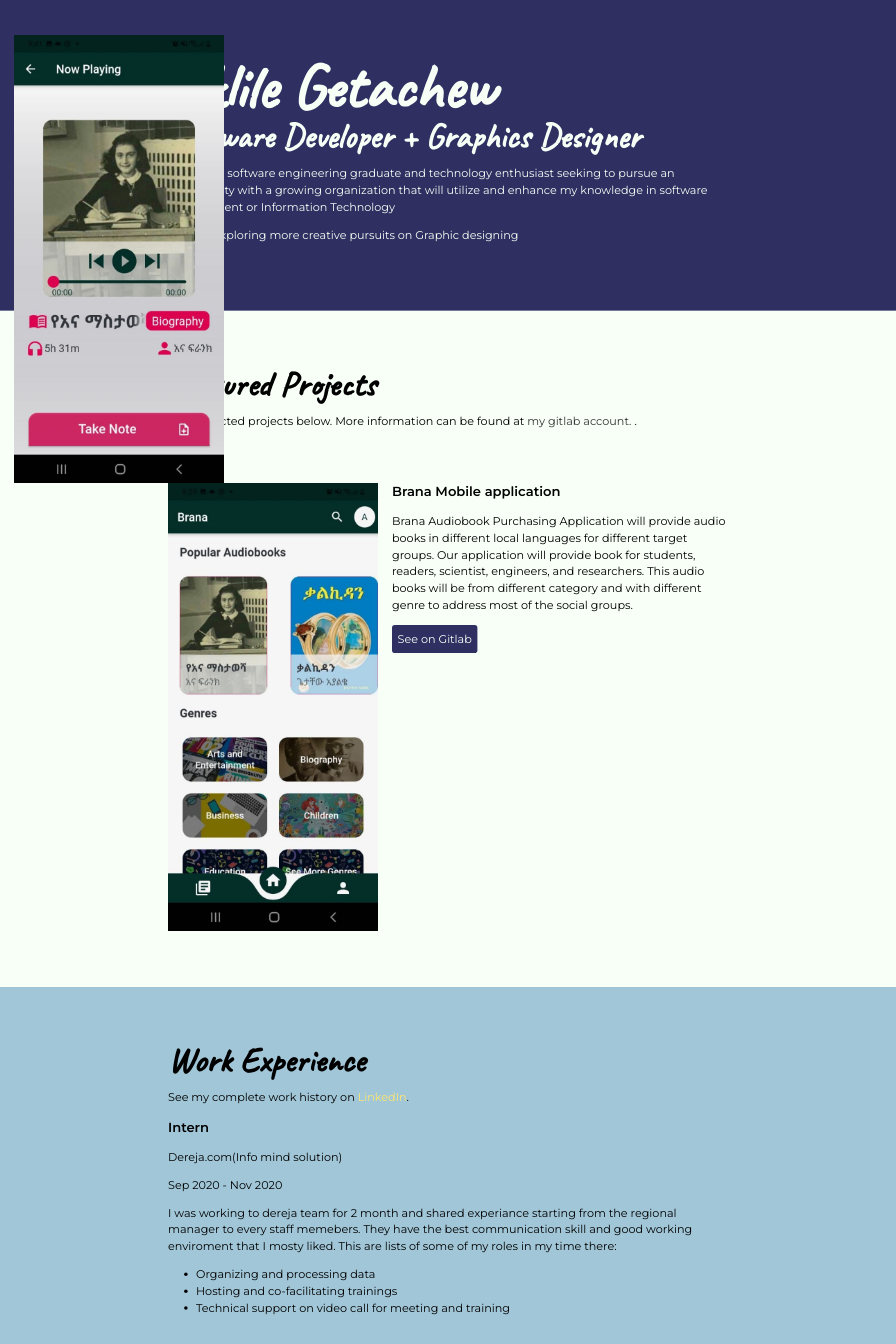
Repository: Aklilegetachew/my-Portfolio
Page: index.html
An editor plug-in stored every save of this project. The page is shown before and after the next save, followed by the edit.
The browser window is 1280 px wide. The pictures show the part of the page from y = 0 to 1920 px (the page is 3389 px tall), at 70% of full size.

Above is the page before, as saved 2021-11-23 19:56:34.

### index.html
<!DOCTYPE html>
<html lang="en">
  <head>
    <meta charset="UTF-8">
    <meta name="viewport" content="width=device-width, initial-scale=1.0">
    <title>Aklile Getachew, Software Engineer</title>
     <link href="https://fonts.googleapis.com/css?family=Caveat|Montserrat:400,600&display=swap" rel="stylesheet">
    <link rel="stylesheet" href="css/styles.css">
  </head>
  <body>
    <main>
      <!-- ***********************  ABOUT / PROFILE  *********************** -->
      <header>
        <div class="content-wrap">
          <h1>Aklile Getachew</h1>
          <h2>Software Developer + Graphics Designer</h2>

          <p>Motivated software engineering graduate and technology enthusiast seeking
            to pursue an opportunity with a growing organization that will utilize and
            enhance my knowledge in software development or Information Technology</p>
          <p>I’m also exploring more creative pursuits on Graphic designing </p>
        </div>
      </header>

      <!-- ********************  PROJECTS / PORTFOLIO  ********************* -->
      <section class="projects">
        <div class="content-wrap divider">
          <h2>Featured Projects</h2>
          <p>View selected projects below. More information can be found at <a href="http://christinatruong.com">my gitlab account. </a>.</p>

          <!-- Project 1 -->
          <section class="project-item">
            <div class="image-stack">
              <img src="images/brana-home.jpg" alt="brana-home-page"></div>
              <div class="image-stack-front"><img src="images/brana-play.jpg" alt="brana-play-page">
            </div>
            <h3>Brana Mobile application</h3>
            <p>Brana Audiobook Purchasing Application will provide audio books in different local languages
              for different target groups. Our application will provide book for students, readers, scientist,
              engineers, and researchers. This audio books will be from different category and with different
              genre to address most of the social groups.</p>
            <a class="btn" href="https://gitlab.com/bisrathailu793/brana/-/tree/master" target="_blank">See on Gitlab </a>
          </section>

          <!-- Project 2
          <section class="project-item">
            <img src="images/project-women-tech.jpg" alt="website thumbnail">
            <h3>Women&&Tech</h3>
            <p>Women&&Tech was launched in 2012 to feature interviews with different women working in the tech industry. I became familiar with them when I was invited to be one of the interviewees! A few years later, I joined the team and helped with the relaunch of the site as the front-end architect.</p>
            <a class="btn" href="http://christinatruong.com/projects/women-and-tech-redesign.html" target="_blank">View the case study</a>
          </section>

           Project 3
          <section class="project-item">
            <img src="images/project-wire-ipsum.jpg" alt="website thumbnail">
            <h3>The Wire Ipsum</h3>
            <p>After coming back from teaching a JavaScript workshop, I felt inspired to create something just for fun. I realized that of all the content/lorem ipsum generators available, there was nothing for HBO’s The Wire fans. I searched for <a href="http://thewireipsum.com" target="_blank">thewireipsum.com</a> domain and it was available! Generate some content for your projects today.</p>
            <a class="btn" href="http://thewireipsum.com" target="_blank">View live site</a>
          </section>-->
        </div>
      </section>

      <!-- ***********************  WORK EXPERIENCE  *********************** -->
      <section class="work-experience">
        <div class="content-wrap divider">
          <h2>Work Experience</h2>
          <p>See my complete work history on <a href="https://www.linkedin.com/in/aklile-getachew-673050181/">LinkedIn</a>.</p>

          <!-- Job 1 -->
          <section class="job-item">
            <div class="job-details">
              <h3>Intern</h3>
              <p>Dereja.com(Info mind solution) </p>
              <p>Sep 2020 - Nov 2020</p>
            </div>
            <div class="job-summary">
              <p>I was working to dereja team for 2 month and  shared experiance starting from the regional manager to every staff memebers. They have the best communication skill and good working enviroment that I mosty liked. This are lists of some of my roles in my time there:</p>
              <ul>
                <li>Organizing and processing data</li>
                <li>Hosting and co-facilitating trainings</li>
                <li>Technical support on video call for meeting and training</li>
              </ul>
            </div>
          </section>
        </div>
      </section>

      <!-- ******************  EDUCATION & CERTIFICATIONS ****************** -->
      <section class="education item-details">
        <div class="content-wrap">
          <h2>Education</h2>

          <section>
            <h3>BACHELOR OF SCIENCE, SOFTWARE ENGINEERING</h3>
            <p>Addis Ababa Science and Technology University, 2021</p>
            <p>4 year full-time program covering all the software development lifecycle.</p>
          </section>

          <section>
            <h3>Elementery to Secondary School</h3>
            <p>Super Holy Saviour, 2000-2018</p>
            <p>Addis Ababa, Ethiopia </p>
          </section>
        </div>
      </section>

      <!-- ******************  E X T R A C U R R I C U L A R A C T I V I T Y ****************** -->
      <section class="extracurricular">
        <div class="content-wrap">
          <h2>Extracurricular activity</h2>

          <section>
            <h3>Marketing and Communication</h3>
            <p>AIESEC | Mar 2020
              <ul>
                <li>Content creation</li>
                <li>Social media management</li>
                <li>Graphics design</li>
                <li>Creating synergy between portfolios</li>
              </ul>
            </p>

          </section>
          <section>
            <h3>Dereja Academy Accerlrator program</h3>
            <p>Dereja.com | Oct 2020
              <ul>
                <li>Soft skill Training</li>
                <li>Hard skill Training</li>
                <li>Graphics design</li>
                <li>Basic Information Technology skill training</li>
              </ul>
            </p>

          </section>
        </div>
      </section>

      <!-- *****************  CONTACT INFO / SOCIAL MEDIA  ***************** -->
      <footer>
        <div class="content-wrap">
          <h2>Let's Keep in Touch!</h2>

          <!-- Social media and contact links. Add or remove any networks. -->
          <ul class="contact-list">
            <li><a href="aklilegetachew@gmail.com">aklilegetachew@gmail.com</a></li>
            <li><a href="https://www.linkedin.com/in/aklile-getachew-673050181/" target="_blank">LinkedIn Account</a></li>
            <li><a href="https://t.me/AKG47" target="_blank">Telegram</a></li>
          </ul>
        </div>
      </footer>
    </main>
  </body>
</html>

### css/styles.css
/*
COLOR PALETTE
https://coolors.co/f7fff7-343434-2f3061-ffe66d-a1c6d7
#F7FFF7 - almost white
#343434 - dark gray - almost black
#2F3061 - blue dark
#FFE66D - yellow
#A1C6D7 - blue light
#D05353 - indian red
*/

/* global
======================================================*/
img{
    width: 300px;
    height: 640px;
}
a{
    color: #FFE66D ;
    text-decoration: none;
}
body{
    margin: 0;
    padding: 0;
    font-family: 'Montserrat', sans-serif;
    line-height: 1.5em;
}
h1{
    font-size: 90px;
    margin: 0;

}
h2{
    margin: 0;
    font-size: 50px;
}
h1, h2 {
    font-family: 'Caveat', cursive;
    line-height: 1em;
}
.content-wrap{
    width: 800px;
    margin: 0 auto;
    padding: 80px 0;
}

/* Heading
======================================================*/
header{
    background-color: #2F3061 ;
    color: #F7FFF7;
}



/* projects
======================================================*/

.projects{
    background-color: #F7FFF7 ;

}

.project-item{
    clear: both;
    margin-top: 60px;
    display: inline-block;
}
.project-item h3{
    margin-top: 0;
}

.project-item img{
    float: left;
    margin-right: 20px;
    width: 300px;
    height: 640px;
}

.image-stack-back{
    position: relative;

    z-index: 100;
}

.image-stack-front{
    position: absolute;
    top: 50px;
    left: 20px;
    z-index: 200;
}


.projects a{
    color: #343434 ;

}
.projects .btn{
    color: #F7FFF7;
    background-color: #2F3061;
    text-decoration: none;
    padding: 8px;
    border-radius: 4px;
    display: inline-block;
}

/* Work experiance
=======================================================*/
.work-experience{
    background-color: #A1C6D7;

}


/* extracurricular
=======================================================*/
.extracurricular{
    background-color: #D05353;
    color: #F7FFF7;

}

/* footer
=======================================================*/
footer{
    background-color: #343434 ;
    color: #F7FFF7;
}

After the next save:
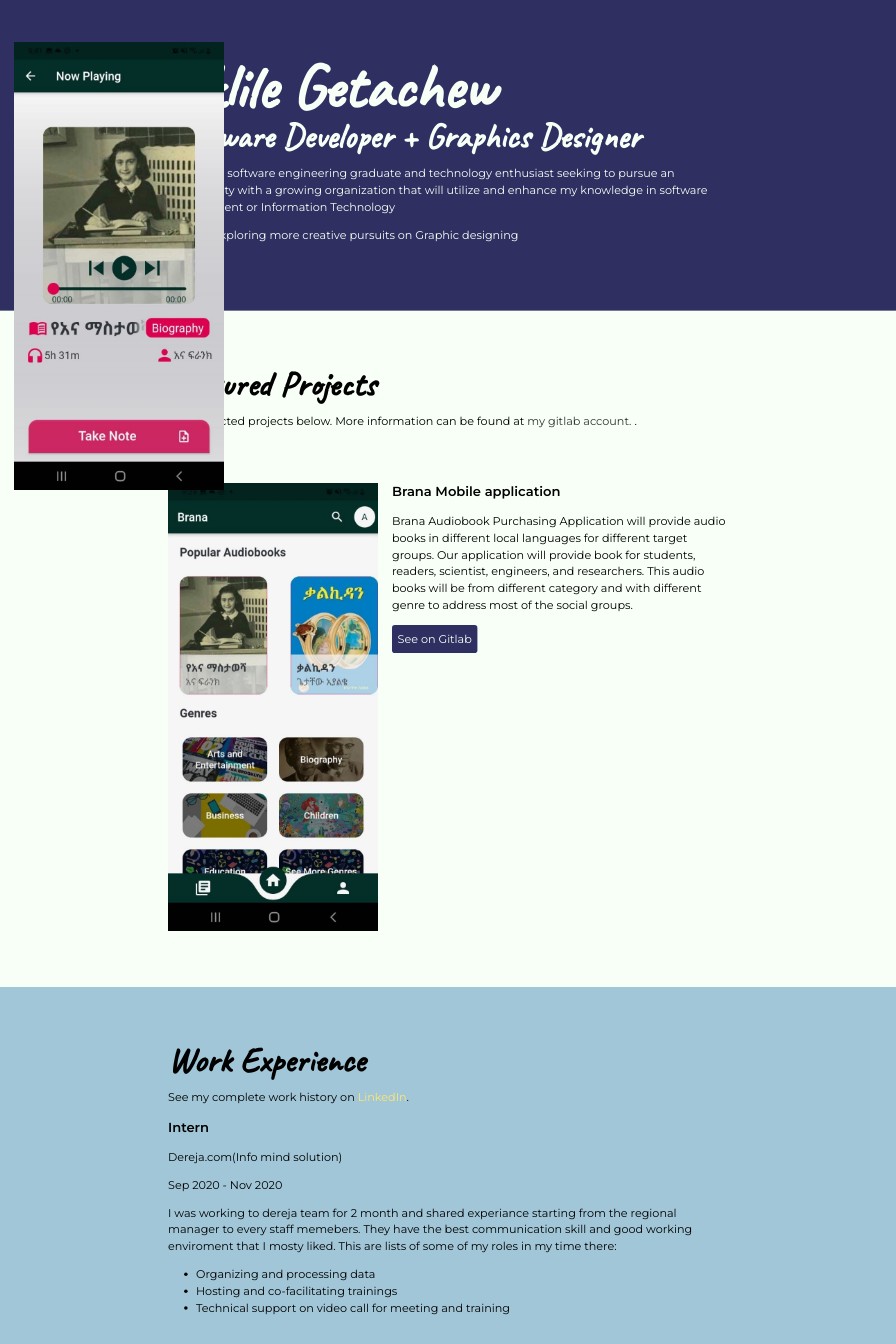
Saved 24 s later.
--- a/css/styles.css
+++ b/css/styles.css
@@ -85,7 +85,7 @@
 
 .image-stack-front{
     position: absolute;
-    top: 50px;
+    bottom: 20px;
     left: 20px;
     z-index: 200;
 }
